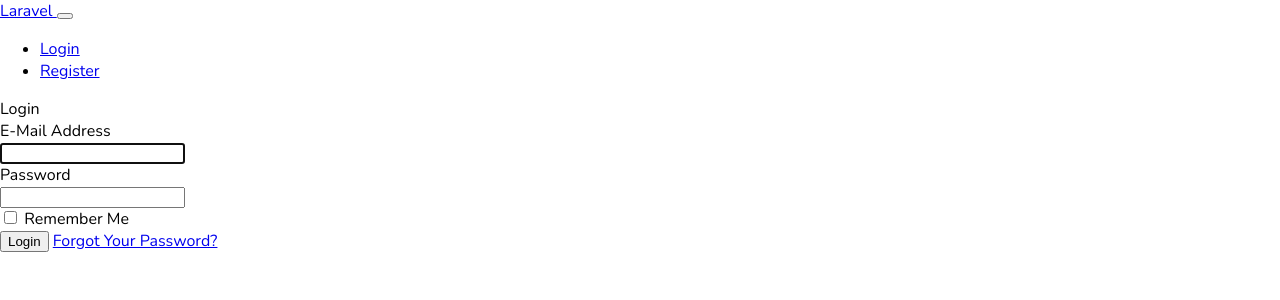
Repository: PatryxB/libraryBook
Page: http://localhost/login
These files come from the project's save history. The page is drawn as it stood at one moment and after the next save; the edit follows.
The browser window is 1280 px wide. The pictures show the whole page.
The page is served by the project's Laravel application, run on PHP 8.4 with Laravel 8. Other server files are loaded and not shown. Style sheets and scripts are compiled from the project's sources, by tool versions that may differ from the author's.

Above is the page before, as saved 2020-05-14 13:39:11.

### routes/web.php
<?php

use Illuminate\Support\Facades\Route;

/*
|--------------------------------------------------------------------------
| Web Routes
|--------------------------------------------------------------------------
|
| Here is where you can register web routes for your application. These
| routes are loaded by the RouteServiceProvider within a group which
| contains the "web" middleware group. Now create something great!
|
*/

Route::get('/', function () {
    return view('welcome');
});

Auth::routes();

Route::get('/home', 'HomeController@index')->name('home');
Route::post('/l', 'HomeController@store');

### resources/sass/app.scss
// Fonts
@import url('https://fonts.googleapis.com/css?family=Nunito');

// Variables
@import 'variables';

html, body{
    margin: 0;
    padding: 0;
    box-sizing: border-box;
    font-family: 'Nunito';
}
.banner img{
    width: 100%;
    height: 100vh;
    position: relative;
    filter: brightness(70%);
}
.welcome-text{
    position: absolute;
    top: 7%;
    left: 18%;
    color: white;
    font-size: 60px;
}

Loaded but not shown: app/Http/Controllers/Auth/LoginController.php (common file); app/Http/Controllers/Controller.php (common file); app/Http/Controllers/Auth/ConfirmPasswordController.php (common file); resources/views/auth/login.blade.php (common file); resources/views/layouts/app.blade.php (common file); resources/sass/_variables.scss (common file)

After the next save:
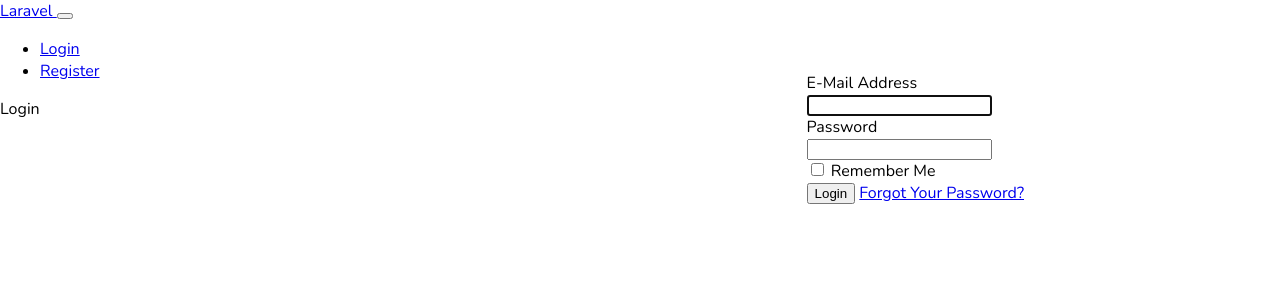
Saved 93 s later.
--- a/resources/sass/app.scss
+++ b/resources/sass/app.scss
@@ -23,3 +23,8 @@ html, body{
     color: white;
     font-size: 60px;
 }
+form{
+    position: absolute;
+    top: 10%;
+    right: 20%;
+}
